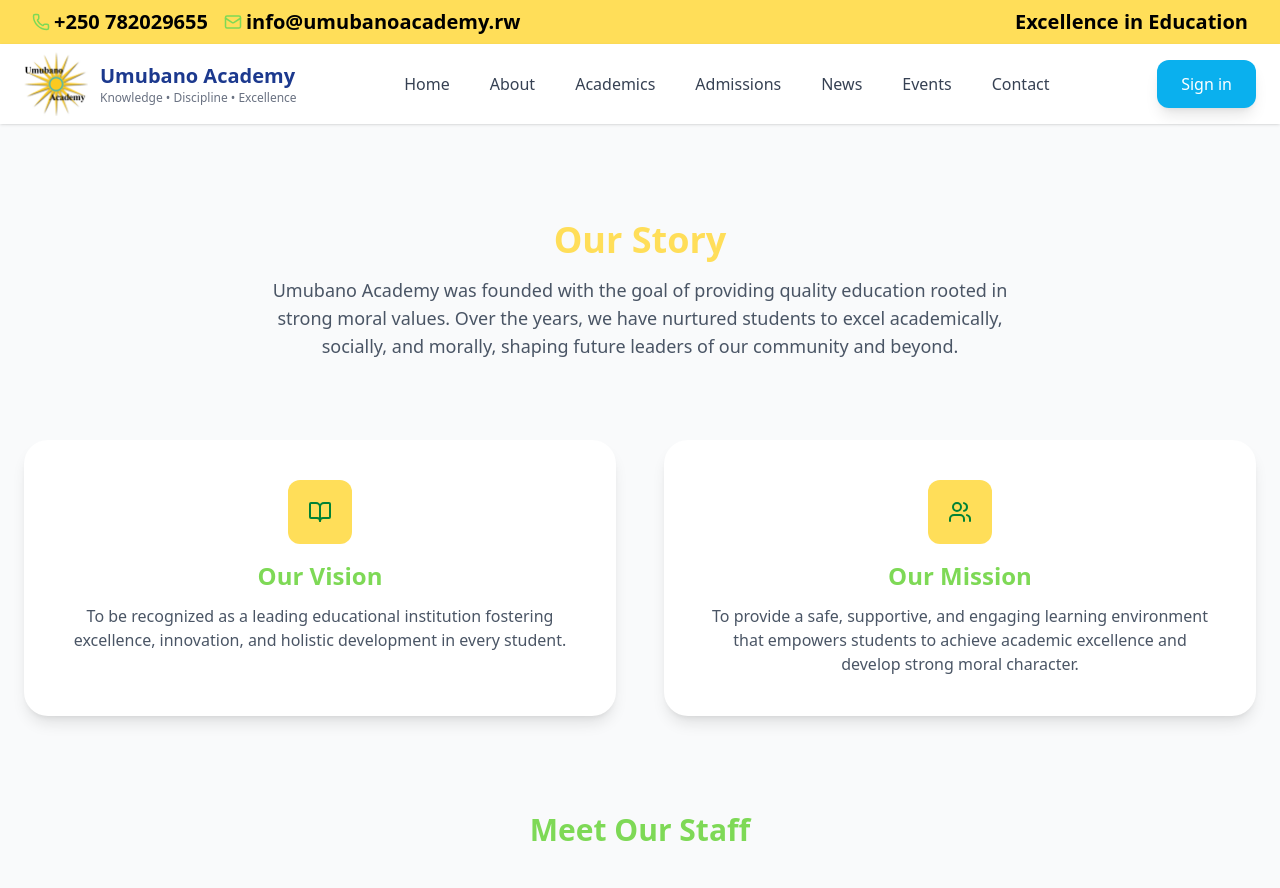
Repository: Umubano-Academy/umubano-academy-website
Page: /aboutus
The author's editor kept a copy of each file at every save. The page is drawn from the files as they stood at one save, then again after the next save.
The browser window is 1280 px wide. The pictures show the part of the page from y = 0 to 888 px (the page is 2153 px tall before and 2305 px after).
Pictures or frames that could not be fetched are drawn as grey boxes. The project was rebuilt for these pictures with package versions that can differ from the ones it lists, and the page was loaded fresh each time. Also part of the build but not shown: vite.config.js, src/components/guest/Hero.jsx, src/components/guest/Event.jsx, src/components/guest/News.jsx, src/components/guest/Contact.jsx, src/components/guest/Home.jsx, src/components/guest/Admission.jsx, src/components/guest/Academic.jsx and 7 more.

Above is the page before, as saved 2026-01-13 19:33:59.

### index.html
<!doctype html>
<html lang="en">
  <head>
    <meta charset="UTF-8" />
    <!-- <link rel="icon" type="image/svg+xml" href="/vite.svg" /> -->
    <meta name="viewport" content="width=device-width, initial-scale=1.0" />
    <title>umubano-academy</title>
  </head>
  <body>
    <div id="root"></div>
    <script type="module" src="/src/main.jsx"></script>
  </body>
</html>

### src/App.jsx
import React from 'react'
import { BrowserRouter, Route, Routes } from 'react-router-dom'
import NavBar from './components/guest/NavBar'
import Hero from './components/guest/Hero'
import Event from './components/guest/Event'
import News from './components/guest/News'
import Layout from './components/guest/Layout'
import Home from './components/guest/Home'
import Admission from './components/guest/Admission'
import Academic from './components/guest/Academic'
import About from './components/guest/About'
import LayOut from './components/admin/LayOut'
import Dashboard from './components/admin/pages/Dashboard'
import Login from './components/guest/forms/Login'
import ResetPassword from './components/guest/forms/ResetPassword'


function App() {
  return (
    <BrowserRouter>

    <Routes>
      <Route path='/' element={<Layout />}>
      <Route index element={<Home />} />
      <Route path='/admissions' element={<Admission />} />
      <Route path='/academic' element={<Academic />} />
      <Route path='/aboutus' element={<About />} />
      <Route path='/login' element={<Login />} />
      <Route path="/password-reset" element={<ResetPassword />} />
      </Route>

      <Route path='/admin' element={<LayOut />}>
      <Route index element={<Dashboard />} />
      </Route>
    </Routes>
    </BrowserRouter>

  )
}

export default App

### src/components/guest/NavBar.jsx
import React, { useState } from "react";
import { Menu, X, Phone, Mail, GraduationCap } from "lucide-react";
import { motion, AnimatePresence } from "framer-motion";
import logo from "../../assets/UALOGO.png";
import { Link } from "react-router-dom";

function NavBar() {
  const [open, setOpen] = useState(false);

  const navLinks = [
    { name: "Home", type: "route", path: "/" },
    { name: "About", type: "route", path: "/aboutus" },
    { name: "Academics", type: "route", path: "/academic" },
    { name: "Admissions", type: "route", path: "/admissions" },
    { name: "News", type: "id", path: "news" },
    { name: "Events", type: "id", path: "events" },
    { name: "Contact", type: "id", path: "contact" },
  ];

  return (
    <>
      {/* Top Info Bar */}
      <div className="hidden md:flex justify-between items-center px-8 py-2 bg-[#FFDE59]  text-sm">
        <div className="flex items-center gap-4">
          <span className="flex items-center gap-1 text-xl text-black font-bold">
            <Phone size={18} className="text-[#7ED956] text-2xl" /> +250
            782029655
          </span>
          <span className="flex text-xl items-center gap-1  text-black font-bold">
            <Mail size={18} className="text-[#7ED956] text-2xl" />{" "}
            info@umubanoacademy.rw
          </span>
        </div>
        <span className=" text-xl  text-black font-bold">
          Excellence in Education
        </span>
      </div>

      {/* Main Navbar */}
      <header className="sticky top-0 z-50 bg-white/80 backdrop-blur-xl shadow-sm">
        <div className="max-w-7xl mx-auto px-6">
          <div className="flex items-center justify-between h-20">
            {/* Logo */}
            <Link to="/" className="flex items-center gap-3">
              <img
                src={logo}
                alt="Umubano Academy Logo"
                className="w-16 h-16 object-contain"
              />
              {/* <div className="w-12 h-12 bg-blue-900 text-white flex items-center justify-center rounded-xl">
                <GraduationCap size={28} />
              </div> */}
              <div>
                <h1 className="text-xl font-bold text-blue-900">
                  Umubano Academy
                </h1>
                <p className="text-xs text-gray-500">
                  Knowledge • Discipline • Excellence
                </p>
              </div>
            </Link>

            {/* Desktop Menu */}
            <nav className="hidden lg:flex items-center gap-10">
              {navLinks.map((link) =>
                link.type === "route" ? (
                  <Link
                    key={link.name}
                    to={link.path}
                    className="relative text-gray-700 font-medium hover:text-blue-900 transition group"
                  >
                    {link.name}
                    <span className="absolute left-0 -bottom-1 w-0 h-0.5 bg-blue-900 transition-all group-hover:w-full"></span>
                  </Link>
                ) : (
                  <a
                    key={link.name}
                    href={`#${link.path}`}
                    className="relative text-gray-700 font-medium hover:text-blue-900 transition group"
                  >
                    {link.name}
                    <span className="absolute left-0 -bottom-1 w-0 h-0.5 bg-blue-900 transition-all group-hover:w-full"></span>
                  </a>
                )
              )}
            </nav>

            {/* CTA */}
            <div className="hidden lg:flex">
              <a
                href="/login"
                className="bg-[#0AB0EE] text-white px-6 py-3 rounded-xl font-medium shadow-lg hover:shadow-xl transition"
              >
                Sign in
              </a>
            </div>

            {/* Mobile Menu Button */}
            <button
              onClick={() => setOpen(!open)}
              className="lg:hidden text-blue-900"
            >
              {open ? <X size={30} /> : <Menu size={30} />}
            </button>
          </div>
        </div>

        {/* Mobile Menu */}
        <AnimatePresence>
          {open && (
            <motion.div
              initial={{ opacity: 0, y: -20 }}
              animate={{ opacity: 1, y: 0 }}
              exit={{ opacity: 0, y: -20 }}
              transition={{ duration: 0.3 }}
              className="lg:hidden bg-white shadow-xl"
            >
              <div className="flex flex-col px-6 py-6 gap-6">
                {navLinks.map((link) =>
                  link.type === "route" ? (
                    <Link
                      key={link.name}
                      to={link.path}
                      className="text-lg font-medium text-gray-700 hover:text-blue-900"
                      onClick={() => setOpen(false)}
                    >
                      {link.name}
                    </Link>
                  ) : (
                    <a
                      key={link.name}
                      href={`#${link.path}`}
                      className="text-lg font-medium text-gray-700 hover:text-blue-900"
                      onClick={() => setOpen(false)}
                    >
                      {link.name}
                    </a>
                  )
                )}

                <Link
                  to="login"
                  className="mt-4 text-center bg-blue-900 text-white py-3 rounded-xl font-medium"
                >
                  Login
                </Link>
              </div>
            </motion.div>
          )}
        </AnimatePresence>
      </header>
    </>
  );
}

export default NavBar;

### src/components/guest/Layout.jsx
import React from 'react'
import NavBar from './NavBar'
import { Outlet } from 'react-router-dom'
import Footer from './Footer'


function Layout() {
  return (
    <div>
      <NavBar />

      <div>
        <Outlet />
      </div>
      <div>
        <Footer />
      </div>
    </div>
  )
}

export default Layout

### src/components/guest/About.jsx
import React from "react"
import { motion } from "framer-motion"
import { Users, BookOpen } from "lucide-react"
import staff1 from "../../assets/head.jpg"
import staff2 from "../../assets/head.jpg"

function About() {
  const staff = [
    { name: "Alice Uwimana", role: "Principal", img: staff1 },
    { name: "John Mukasa", role: "Head Teacher", img: staff2 },
  ]

  return (
    <section className="py-24 bg-gray-50">
      <div className="max-w-7xl mx-auto px-6">

        {/* Story / History */}
        <motion.div
          initial={{ opacity: 0, y: 30 }}
          whileInView={{ opacity: 1, y: 0 }}
          viewport={{ once: true }}
          transition={{ duration: 0.6 }}
          className="text-center max-w-3xl mx-auto mb-20"
        >
          <h2 className="text-4xl font-bold text-[#FFDE59] mb-4">
            Our Story
          </h2>
          <p className="text-gray-600 text-lg">
            Umubano Academy was founded with the goal of providing quality education
            rooted in strong moral values. Over the years, we have nurtured students
            to excel academically, socially, and morally, shaping future leaders of
            our community and beyond.
          </p>
        </motion.div>

        {/* Vision & Mission */}
        <motion.div
          className="grid grid-cols-1 md:grid-cols-2 gap-12 mb-24"
          initial="hidden"
          whileInView="visible"
          viewport={{ once: true }}
          variants={{ visible: { transition: { staggerChildren: 0.2 } } }}
        >
          <motion.div
            variants={{ hidden: { opacity: 0, y: 40 }, visible: { opacity: 1, y: 0 } }}
            className="bg-white rounded-3xl shadow-lg p-10 flex flex-col items-center text-center hover:shadow-2xl transition"
          >
            <div className="w-16 h-16 bg-[#FFDE59] text-green-700 flex items-center justify-center rounded-xl mb-4">
              <BookOpen />
            </div>
            <h4 className="text-2xl font-bold text-[#7ED956] mb-3">Our Vision</h4>
            <p className="text-gray-600">
              To be recognized as a leading educational institution fostering
              excellence, innovation, and holistic development in every student.
            </p>
          </motion.div>

          <motion.div
            variants={{ hidden: { opacity: 0, y: 40 }, visible: { opacity: 1, y: 0 } }}
            className="bg-white rounded-3xl shadow-lg p-10 flex flex-col items-center text-center hover:shadow-2xl transition"
          >
            <div className="w-16 h-16 bg-[#FFDE59] text-green-700 flex items-center justify-center rounded-xl mb-4">
              <Users />
            </div>
            <h4 className="text-2xl font-bold text-[#7ED956] mb-3">Our Mission</h4>
            <p className="text-gray-600">
              To provide a safe, supportive, and engaging learning environment
              that empowers students to achieve academic excellence and develop
              strong moral character.
            </p>
          </motion.div>
        </motion.div>

        {/* Staff Listing */}
        <motion.div
          initial={{ opacity: 0, y: 30 }}
          whileInView={{ opacity: 1, y: 0 }}
          viewport={{ once: true }}
          transition={{ duration: 0.6 }}
          className="mb-24"
        >
          <h3 className="text-3xl font-bold text-[#7ED956] mb-10 text-center">
            Meet Our Staff
          </h3>
          <div className="grid grid-cols-1 md:grid-cols-2 gap-10">
            {staff.map((member, index) => (
              <motion.div
                key={index}
                whileHover={{ y: -5 }}
                className="bg-white rounded-3xl shadow-lg overflow-hidden hover:shadow-2xl transition cursor-pointer"
              >
                <img
                  src={member.img}
                  alt={member.name}
                  className="w-full h-64 object-cover"
                />
                <div className="p-6 text-center">
                  <h4 className="text-xl font-semibold text-blue-900">{member.name}</h4>
                  <p className="text-gray-600">{member.role}</p>
                </div>
              </motion.div>
            ))}
          </div>
        </motion.div>



        {/* Values / Why Choose Us */}
        <motion.div
          initial={{ opacity: 0, y: 30 }}
          whileInView={{ opacity: 1, y: 0 }}
          viewport={{ once: true }}
          transition={{ duration: 0.6 }}
          className="bg-blue-900 text-white rounded-3xl p-12 text-center"
        >
          <h3 className="text-3xl font-bold mb-6">Why Choose Umubano Academy?</h3>
          <p className="text-gray-100 max-w-3xl mx-auto text-lg">
            We focus on academic excellence, strong moral values, personalized support,
            and innovative learning methods to help each student achieve their full potential.
          </p>
        </motion.div>

      </div>
    </section>
  )
}

export default About

### src/components/guest/Footer.jsx
import React from "react"
import {
  Phone,
  Mail,
  MapPin,
  Facebook,
  Twitter,
  Instagram,
  GraduationCap,
} from "lucide-react"
import logo from "../../assets/UALOGO.png"

function Footer() {
  return (
    <footer className="bg-[#0AB0EE] text-white">
      <div className="max-w-7xl mx-auto px-6 py-20">

        {/* Top Section */}
        <div className="grid grid-cols-1 md:grid-cols-2 lg:grid-cols-4 gap-12">

          {/* School Info */}
          <div>
            <div className="flex items-center gap-3 mb-6">
              <img src={logo} alt="Umubano Academy Logo" className="w-16 h-16 object-contain" />
              <h3 className="text-xl font-bold text-white">
                Umubano Academy
              </h3>
            </div>
            <p className="text-white leading-relaxed">
              Umubano Academy is dedicated to providing quality education,
              strong values, and a nurturing environment that shapes future
              leaders.
            </p>
          </div>

          {/* Quick Links */}
          <div>
            <h4 className="text-lg font-semibold text-white mb-6">
              Quick Links
            </h4>
            <ul className="space-y-4">
              {[
                "Home",
                "About Us",
                "Academics",
                "Admissions",
                "News",
                "Contact",
              ].map((link) => (
                <li key={link}>
                  <a
                    href={`/${link.toLowerCase().replace(" ", "")}`}
                    className="hover:text-yellow-400 transition"
                  >
                    {link}
                  </a>
                </li>
              ))}
            </ul>
          </div>

          {/* Contact Info */}
          <div>
            <h4 className="text-lg font-semibold text-white mb-6">
              Contact Us
            </h4>
            <ul className="space-y-4">
              <li className="flex items-start gap-3">
                <Phone size={18} className="text-yellow-400 mt-1" />
                <span>+250 782029655</span>
              </li>
              <li className="flex items-start gap-3">
                <Mail size={18} className="text-yellow-400 mt-1" />
                <span>info@umubanoacademy.rw</span>
              </li>
              <li className="flex items-start gap-3">
                <MapPin size={18} className="text-yellow-400 mt-1" />
                <span>
                  Kigali City, Kicukiro District, Kabeza
                </span>
              </li>
            </ul>
          </div>

          {/* Motto & Social */}
          <div>
            <h4 className="text-lg font-semibold text-white mb-6">
              Our Motto
            </h4>
            <p className="italic mb-6">
              “Knowledge, Discipline & Excellence”
            </p>

            <div className="flex gap-4">
              <a
                href="#"
                className="w-10 h-10 bg-white/10 flex items-center justify-center rounded-full hover:bg-yellow-400 hover:text-blue-900 transition"
              >
                <Facebook size={18} />
              </a>
              <a
                href="#"
                className="w-10 h-10 bg-white/10 flex items-center justify-center rounded-full hover:bg-yellow-400 hover:text-blue-900 transition"
              >
                <Twitter size={18} />
              </a>
              <a
                href="#"
                className="w-10 h-10 bg-white/10 flex items-center justify-center rounded-full hover:bg-yellow-400 hover:text-blue-900 transition"
              >
                <Instagram size={18} />
              </a>
            </div>
          </div>

        </div>
      </div>

      {/* Bottom Bar */}
      <div className="border-t border-white/10 py-6 text-center text-sm text-white">
        © {new Date().getFullYear()} Umubano Academy. All rights reserved.
      </div>
    </footer>
  )
}

export default Footer

Loaded but not shown: src/main.jsx (common file); src/index.css (common file)

After the next save:
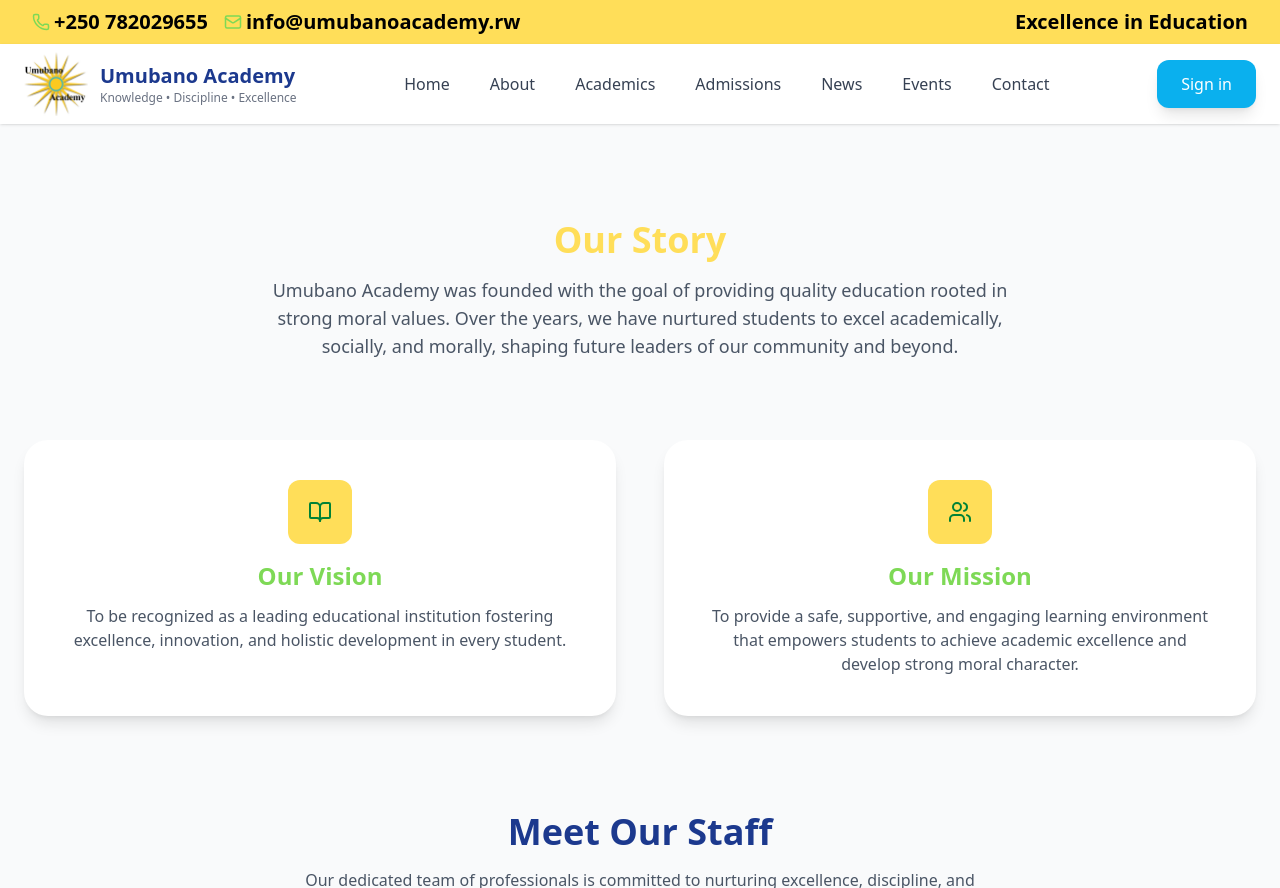
Saved 106 s later.
--- a/src/components/guest/About.jsx
+++ b/src/components/guest/About.jsx
@@ -71,37 +71,54 @@ function About() {
           </motion.div>
         </motion.div>
 
-        {/* Staff Listing */}
-        <motion.div
-          initial={{ opacity: 0, y: 30 }}
-          whileInView={{ opacity: 1, y: 0 }}
-          viewport={{ once: true }}
-          transition={{ duration: 0.6 }}
-          className="mb-24"
-        >
-          <h3 className="text-3xl font-bold text-[#7ED956] mb-10 text-center">
-            Meet Our Staff
-          </h3>
-          <div className="grid grid-cols-1 md:grid-cols-2 gap-10">
-            {staff.map((member, index) => (
-              <motion.div
-                key={index}
-                whileHover={{ y: -5 }}
-                className="bg-white rounded-3xl shadow-lg overflow-hidden hover:shadow-2xl transition cursor-pointer"
-              >
-                <img
-                  src={member.img}
-                  alt={member.name}
-                  className="w-full h-64 object-cover"
-                />
-                <div className="p-6 text-center">
-                  <h4 className="text-xl font-semibold text-blue-900">{member.name}</h4>
-                  <p className="text-gray-600">{member.role}</p>
-                </div>
-              </motion.div>
-            ))}
-          </div>
-        </motion.div>
+       {/* Staff Listing */}
+<motion.div
+  initial={{ opacity: 0, y: 30 }}
+  whileInView={{ opacity: 1, y: 0 }}
+  viewport={{ once: true }}
+  transition={{ duration: 0.6 }}
+  className="mb-28"
+>
+  <h3 className="text-4xl font-bold text-blue-900 mb-4 text-center">
+    Meet Our Staff
+  </h3>
+  <p className="text-center text-gray-600 max-w-2xl mx-auto mb-12">
+    Our dedicated team of professionals is committed to nurturing excellence,
+    discipline, and lifelong learning.
+  </p>
+
+  <div className="grid grid-cols-1 sm:grid-cols-2 lg:grid-cols-3 gap-12">
+    {staff.map((member, index) => (
+      <motion.div
+        key={index}
+        whileHover={{ y: -8 }}
+        transition={{ type: "spring", stiffness: 200 }}
+        className="bg-white rounded-2xl shadow-md hover:shadow-2xl overflow-hidden transition-all duration-300"
+      >
+        {/* Image */}
+        <div className="relative">
+          <img
+            src={member.img}
+            alt={member.name}
+            className="w-full h-72 object-cover"
+          />
+          <div className="absolute inset-0 bg-black/10 opacity-0 hover:opacity-100 transition" />
+        </div>
+
+        {/* Info */}
+        <div className="p-6 text-center">
+          <h4 className="text-2xl font-semibold text-blue-900">
+            {member.name}
+          </h4>
+          <p className="text-gray-500 mt-1">{member.role}</p>
+
+          <div className="mt-4 w-12 h-1 bg-[#7ED956] mx-auto rounded-full" />
+        </div>
+      </motion.div>
+    ))}
+  </div>
+</motion.div>
+
 
 
 
